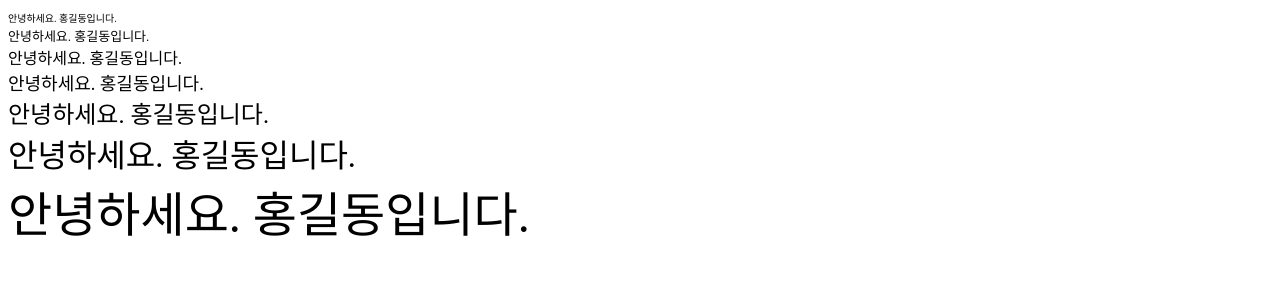
Repository: donggri1/WORKSPACE
Page: WebClass/webPro/src/main/webapp/html/days02/ex07.html
The author's editor kept a copy of each file at every save. The page is drawn from the files as they stood at one save, then again after the next save.
The browser window is 1280 px wide. The pictures show the whole page.

Above is the page before, as saved 2024-03-25 03:22:52.

### WebClass/webPro/src/main/webapp/html/days02/ex07.html
<!DOCTYPE html>
<html>
<head>
<meta charset="UTF-8">
<title>Insert title here</title>
</head>
<body>


<!-- html 글꼴,글크기,글색상 : font,  -->

<font size="1">안녕하세요. 홍길동입니다.</font><br>
<font size="2">안녕하세요. 홍길동입니다.</font><br>
<font size="3">안녕하세요. 홍길동입니다.</font><br>
<font size="4">안녕하세요. 홍길동입니다.</font><br>
<font size="5">안녕하세요. 홍길동입니다.</font><br>
<font size="6">안녕하세요. 홍길동입니다.</font><br>
<font size="7">안녕하세요. 홍길동입니다.</font><br>

</body>
</html>

After the next save:
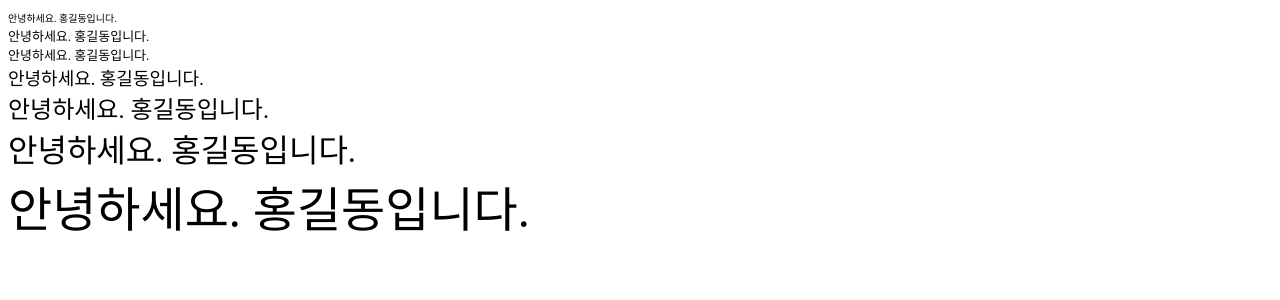
Saved 2 min 34 s later.
--- a/WebClass/webPro/src/main/webapp/html/days02/ex07.html
+++ b/WebClass/webPro/src/main/webapp/html/days02/ex07.html
@@ -7,13 +7,13 @@
 <body>
 
 
-<!-- html 글꼴,글크기,글색상 : font,  -->
+<!-- html 글꼴,글크기(size속성 1~7),글색상 : font,  -->
 
 <font size="1">안녕하세요. 홍길동입니다.</font><br>
 <font size="2">안녕하세요. 홍길동입니다.</font><br>
-<font size="3">안녕하세요. 홍길동입니다.</font><br>
+<font size="-1">안녕하세요. 홍길동입니다.</font><br>
 <font size="4">안녕하세요. 홍길동입니다.</font><br>
-<font size="5">안녕하세요. 홍길동입니다.</font><br>
+<font size="5" face =" 궁서체">안녕하세요. 홍길동입니다.</font><br>
 <font size="6">안녕하세요. 홍길동입니다.</font><br>
 <font size="7">안녕하세요. 홍길동입니다.</font><br>
 
